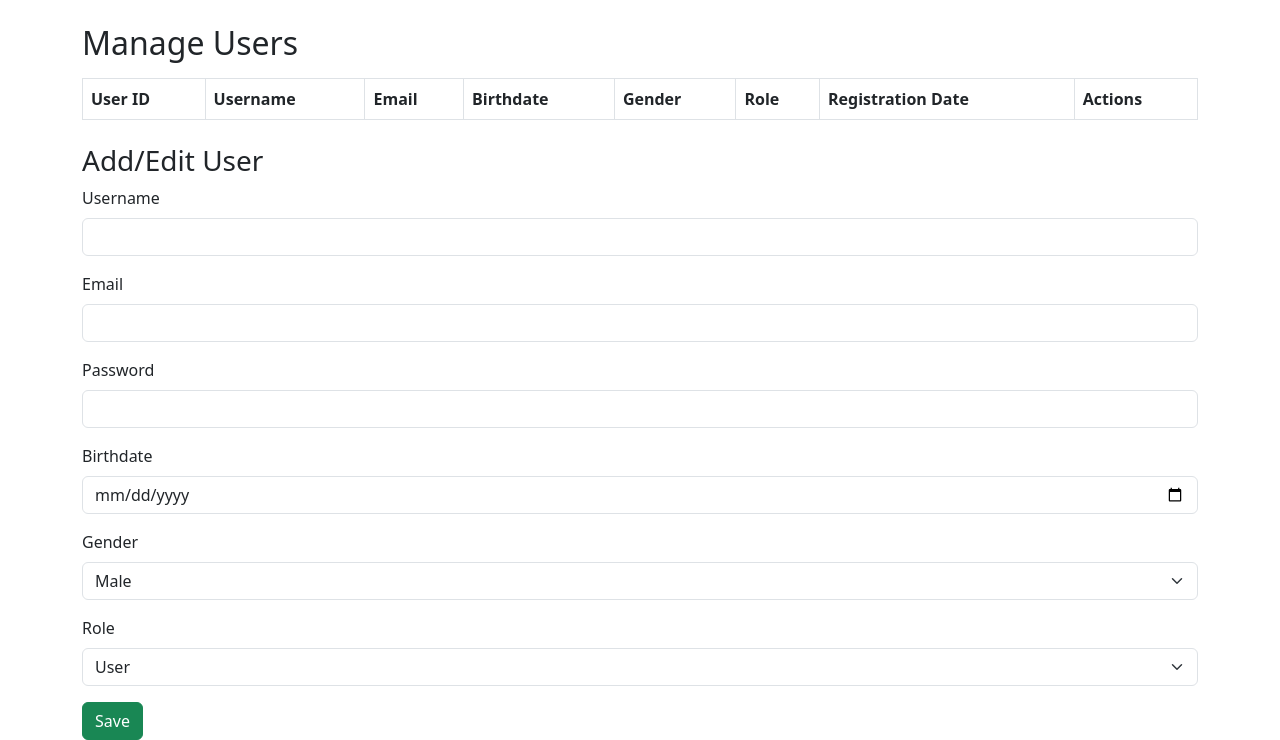
Repository: omlokhande1212/Expense-management
Page: http://localhost/Demo/manageUsers.jsp
These files come from the project's save history. The page is drawn as it stood at one moment and after the next save; the edit follows.
The browser window is 1280 px wide. The pictures show the whole page.
The page is served by Tomcat 10. Queries for data that is not in the repository find no rows.

Above is the page before, as saved 2024-11-28 18:46:00.

After the next save:
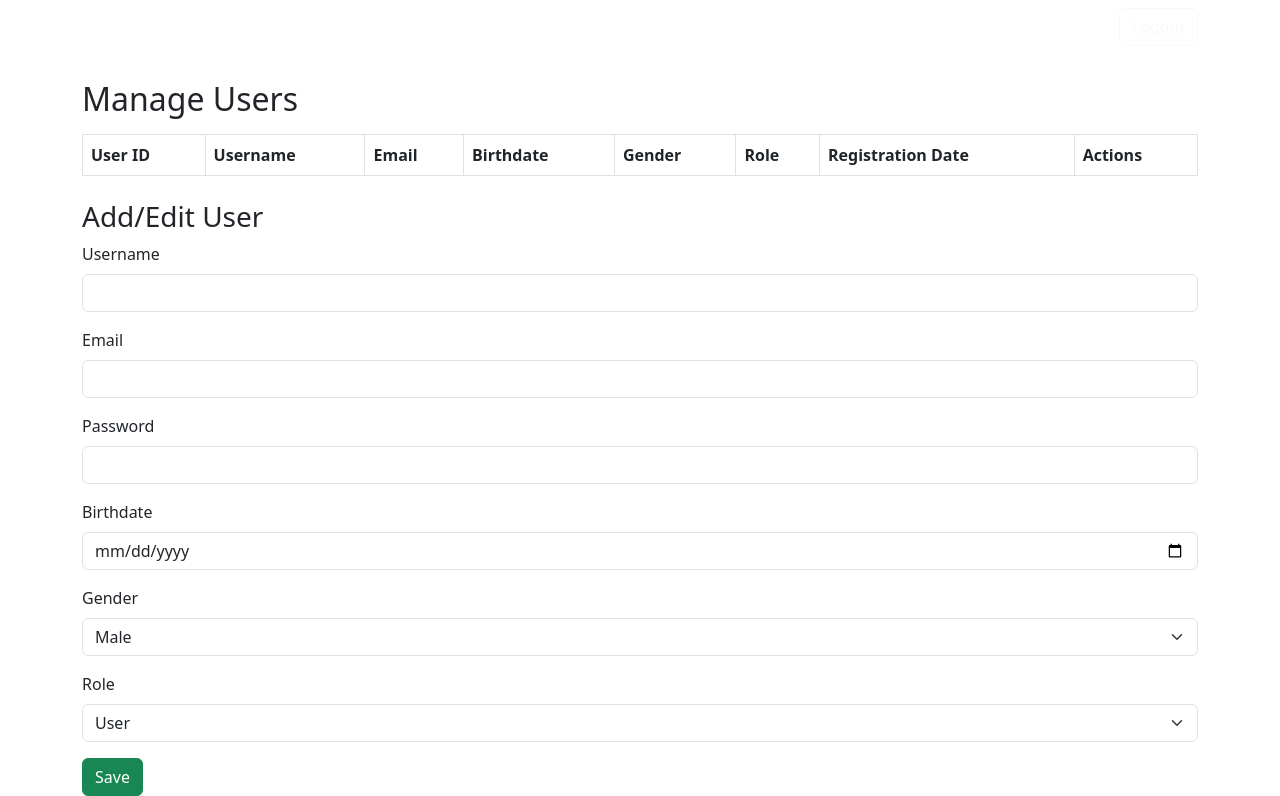
Saved 6 min 1 s later.
--- a/expense/Demo/src/main/webapp/manageUsers.jsp
+++ b/expense/Demo/src/main/webapp/manageUsers.jsp
@@ -7,6 +7,29 @@
     <link rel="stylesheet" href="https://cdn.jsdelivr.net/npm/bootstrap@5.3.0/dist/css/bootstrap.min.css">
 </head>
 <body>
+ <!-- Navbar -->
+    <nav class="navbar navbar-expand-lg navbar-dark">
+        <div class="container">
+            <a class="navbar-brand" href="#">ExpenseManager</a>
+            <button class="navbar-toggler" type="button" data-bs-toggle="collapse" data-bs-target="#navbarNav">
+                <span class="navbar-toggler-icon"></span>
+            </button>
+            <div class="collapse navbar-collapse" id="navbarNav">
+                <ul class="navbar-nav ms-auto">
+
+                    <li class="nav-item">
+                        <a class="nav-link" href="aboutus.html">About Us</a>
+                    </li>
+                    <li class="nav-item">
+                        <a class="nav-link" href="contactus.html">Contact Us</a>
+                    </li>
+                    <li class="nav-item">
+                        <a class="btn btn-outline-light" href="index.html">Logout</a>
+                    </li>
+                </ul>
+            </div>
+        </div>
+    </nav>
 <div class="container mt-4">
     <h2 class="mb-3">Manage Users</h2>
     <!-- Table to Display Users -->
